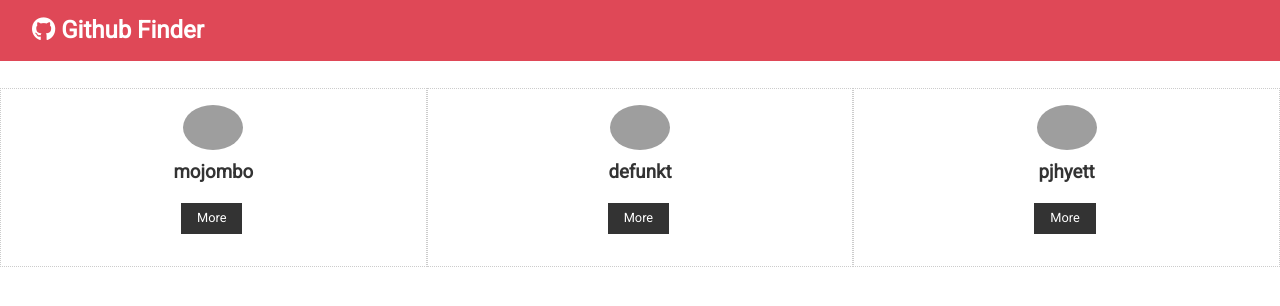
Repository: Redshreds/githubfinder
Page: /
An editor plug-in stored every save of this project. The page is shown before and after the next save, followed by the edit.
The browser window is 1280 px wide. The pictures show the whole page.
Pictures or frames that could not be fetched are drawn as grey boxes. Some web libraries are served in a nearby version. The project was rebuilt for these pictures with package versions that can differ from the ones it lists, and the page was loaded fresh each time.

Above is the page before, as saved 2023-02-21 17:45:39.

### public/index.html
<!DOCTYPE html>
<html lang="en">
  <head>
    <meta charset="utf-8" />
    <link rel="icon" href="%PUBLIC_URL%/favicon.ico" />
    <meta name="viewport" content="width=device-width, initial-scale=1" />
    <meta name="theme-color" content="#000000" />
    <meta
      name="description"
      content="Web site created using create-react-app"
    />
    <link rel="apple-touch-icon" href="%PUBLIC_URL%/logo192.png" />
    <!--
      manifest.json provides metadata used when your web app is installed on a
      user's mobile device or desktop. See https://developers.google.com/web/fundamentals/web-app-manifest/
    -->
    <link rel="manifest" href="%PUBLIC_URL%/manifest.json" />
    <link rel="stylesheet" href="https://cdnjs.cloudflare.com/ajax/libs/font-awesome/6.3.0/css/all.min.css" integrity="sha512-SzlrxWUlpfuzQ+pcUCosxcglQRNAq/DZjVsC0lE40xsADsfeQoEypE+enwcOiGjk/bSuGGKHEyjSoQ1zVisanQ==" crossorigin="anonymous" referrerpolicy="no-referrer" />

    <!-- // CORS APOCALYPSE DEATHCON 3 \\ -->
    <!--
      Notice the use of %PUBLIC_URL% in the tags above.
      It will be replaced with the URL of the `public` folder during the build.
      Only files inside the `public` folder can be referenced from the HTML.

      Unlike "/favicon.ico" or "favicon.ico", "%PUBLIC_URL%/favicon.ico" will
      work correctly both with client-side routing and a non-root public URL.
      Learn how to configure a non-root public URL by running `npm run build`.
    -->
    <title>Github Finder</title>
  </head>
  <body>
    <noscript>You need to enable JavaScript to run this app.</noscript>
    <div id="root"></div>
    <!--
      This HTML file is a template.
      If you open it directly in the browser, you will see an empty page.

      You can add webfonts, meta tags, or analytics to this file.
      The build step will place the bundled scripts into the <body> tag.

      To begin the development, run `npm start` or `yarn start`.
      To create a production bundle, use `npm run build` or `yarn build`.
    -->
  </body>
</html>

### src/App.js
import React, { Component } from 'react';
import Navbar from './components/layout/Navbar';
import Users from './components/users/Users'
import './App.css';

class App extends Component { //React.Fragment will work also, removing the App div from rendering
  render() {
    return (
      <div className='App'>
        <Navbar />  {/*'Navbar title=' would be a prop a prop*/}

        <Users />
      </div>
    );
  }
}
//  In JSX, content must exist in ONE parent Element!
export default App;

### src/components/layout/Navbar.js
import React, { Component } from 'react';
import PropTypes from 'prop-types';

export class Navbar extends Component { //Prop Types good for you! Take you prop type medicine
  static defaultProps = {
    title: 'Github Finder',
    icon: 'fab fa-github'
  };

  static propTypes = {
    title: PropTypes.string.isRequired,
    icon: PropTypes.string.isRequired
  };

  render() {
    return (
      <nav className="navbar bg-primary">
        <h1>
          <i className={this.props.icon} /> {this.props.title}
        </h1>
      </nav>
    )
  }
}

export default Navbar

### src/components/users/Users.js
import React, { Component } from 'react';
import UserItem from './UserItem';

class Users extends Component {
  state = {
    users: [
        {
            id: '1',
            login: 'mojombo',
            avatar_url: 'https://avatars0.githubusercontent.com/u/1?v=4',
            html_url: 'https://github.com/mojombo'
        },
        {
            id: '2',
            login: 'defunkt',
            avatar_url: 'https://avatars.githubusercontent.com/u/2?v=4',
            html_url: 'https://github.com/defunkt'
        },
        {
            id: '3',
            login: 'pjhyett',
            avatar_url: 'https://avatars.githubusercontent.com/u/3?v=4',
            html_url: 'https://github.com/pjhyett'
        }
    ]
  }

//Results in showing user.item over and over because of it using State.
//   render() {
//     return (
//       <div>
//         {this.state.users.map(user => (
//             <UserItem key={user.id} user={user}/>
//         ))}
//       </div>
//     )
//   }
// }

render() {
    return (
      <div style={userStyle}>
        {this.state.users.map(user => (
            <UserItem key={user.id} user={user}/>
        ))}
      </div>
    )
  }
}

const userStyle = {
    display: 'grid',
    gridTemplateColumns: 'repeat(3, 1fr)',
    grdGap: '1rem'
}

export default Users

### src/components/users/UserItem.js
import React, { Component } from 'react'

class UserItem extends Component {
    // state = {
    //     id: 'id',
    //     login: 'mojombo',
    //     avatar_url: 'https://avatars0.githubusercontent.com/u/1?v=4',
    //     html_url: 'https://github.com/mojombo'
    // }

  render() {

    const {login, avatar_url, html_url} = this.props.user;


    return (
      <div className='card text-center'>
        <img src={avatar_url} alt="" className='round-img' style={{ width: '60px' }}
        />

        <h3>{login}</h3>

        <div>
            <a href={html_url} className="btn btn-dark btn-sm my-1">
                More
            </a>
        </div>
      </div>
    )
  }
}

export default UserItem

Loaded but not shown: src/index.js (common file); src/reportWebVitals.js (common file); src/App.css (common file)

After the next save:
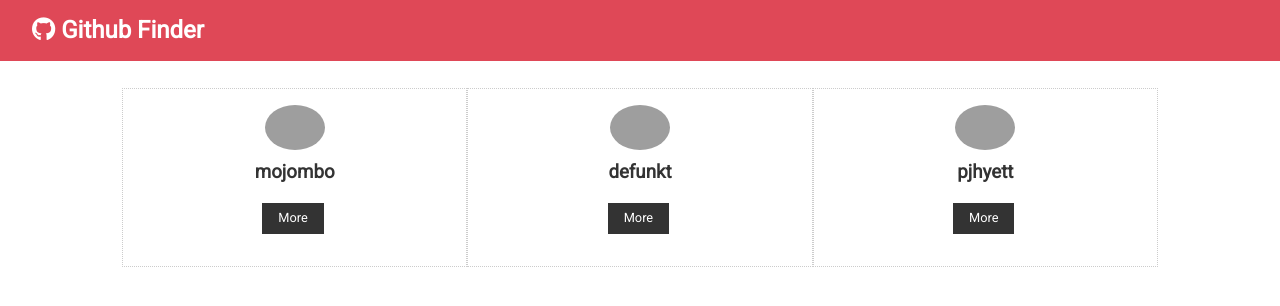
Saved 96 s later.
--- a/src/App.js
+++ b/src/App.js
@@ -7,9 +7,11 @@
   render() {
     return (
       <div className='App'>
-        <Navbar />  {/*'Navbar title=' would be a prop a prop*/}
+        <Navbar />  {/*'Navbar title=' would be a prop*/}
+        <div className='container'>
+          <Users />
+        </div>
 
-        <Users />
       </div>
     );
   }
